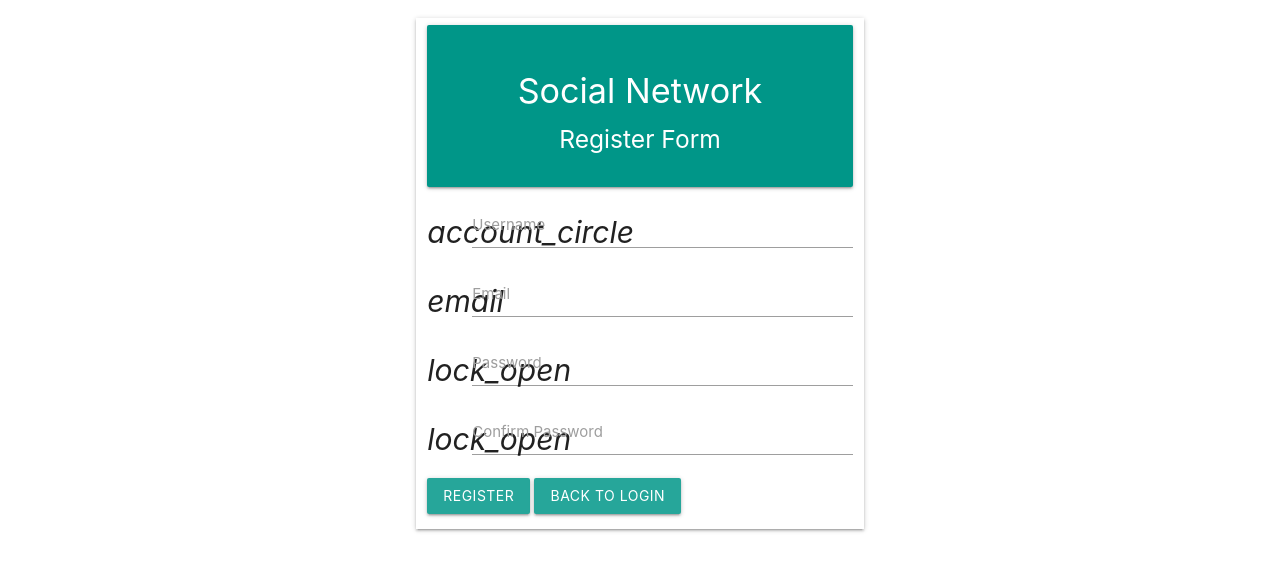
Repository: thdal/Atelier_JEE_16_02
Page: http://localhost/Atelier_JEE_16_02/WEB-INF/pages/connexion/FormRegister.jsp
The author's editor kept a copy of each file at every save. The page is drawn from the files as they stood at one save, then again after the next save.
The browser window is 1280 px wide. The pictures show the whole page.
The page is served by Tomcat 9. Nobody is signed in. The template is opened directly, without the code that normally fills it, so the values that code supplies are empty.

Above is the page before, as saved 2021-02-23 20:48:52.

After the next save:
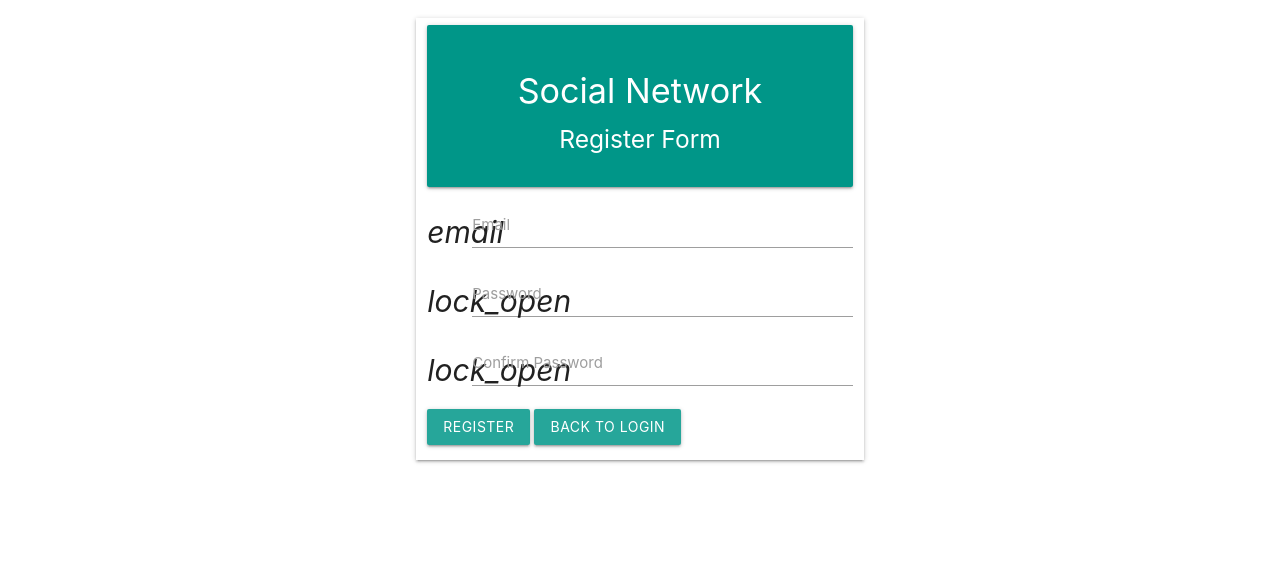
Saved 15 min 2 s later.
--- a/Atelier_JEE_16_02/src/main/webapp/WEB-INF/pages/connexion/FormRegister.jsp
+++ b/Atelier_JEE_16_02/src/main/webapp/WEB-INF/pages/connexion/FormRegister.jsp
@@ -17,12 +17,6 @@
 	          <h5 style="text-align: center;" class="white-text" id="title">Register Form</h5>
 	        </div>
             <form>
-
-        <div class="input-field" id="username">
-        	 <i class="material-icons prefix">account_circle</i>
-	         <input  type="text" class="validate">
-	         <label for="username">Username</label>
-        </div>
         <div class="input-field" id="username">
              <i class="material-icons prefix">email</i>
 	         <input  type="text" class="validate">
